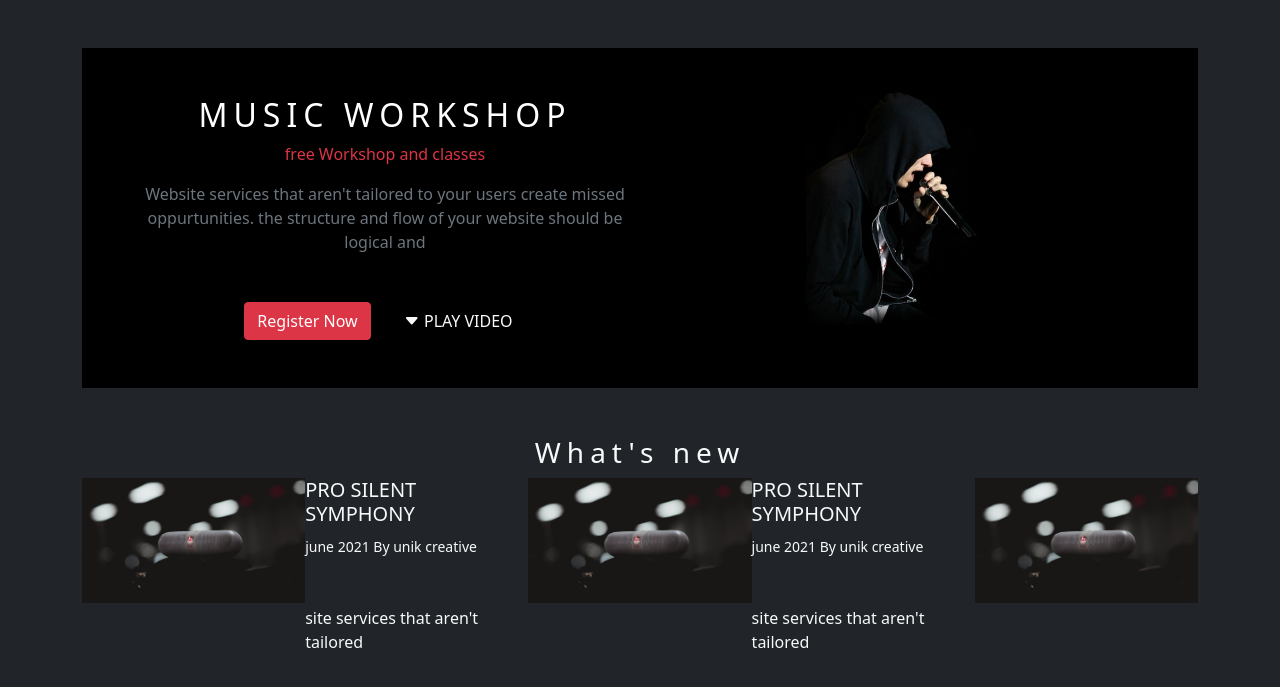
Repository: Eugene44-hub/music-workshop-site
Page: index.html
These files come from the project's save history. The page is drawn as it stood at one moment and after the next save; the edit follows.
The browser window is 1280 px wide. The pictures show the whole page.
Some web libraries are served in a nearby version.

Above is the page before, as saved 2021-10-22 17:06:57.

### index.html
<!DOCTYPE html>
<html lang="en">

<head>
    <meta charset="UTF-8">
    <meta http-equiv="X-UA-Compatible" content="IE=edge">
    <meta name="viewport" content="width=device-width, initial-scale=1.0">
    <title>Document</title>
    <link rel="stylesheet" href="style.css">
    <!-- CSS only -->
    <link href="https://cdn.jsdelivr.net/npm/bootstrap@5.1.3/dist/css/bootstrap.min.css" rel="stylesheet" integrity="sha384-1BmE4kWBq78iYhFldvKuhfTAU6auU8tT94WrHftjDbrCEXSU1oBoqyl2QvZ6jIW3" crossorigin="anonymous">
    <link rel="stylesheet" href="https://cdn.jsdelivr.net/npm/bootstrap-icons@1.6.1/font/bootstrap-icons.css">
</head>

<body class="bg-dark p-md-5 p-3">
    <!-- registeration starts  -->
    <section id="registration">
        <div class="container">
            <div class="d-lg-flex text-white bg-black align-items-center" id="regImg">
                <div id="regText" class="col-md text-center p-5">
                    <h2 id="musicheader" class="text-uppercase fs-2">
                        music workshop </h2>
                    <p class="text-danger"> free Workshop and classes</p>
                    <p class="text-secondary">Website services that aren't tailored to your users create missed oppurtunities. the structure and flow of your website should be logical and</p>
                    <div class="mt-5">
                        <button class="btn btn-danger mx-2">Register Now</button>
                        <button class="btn text-light mx-2"><i class="bi bi-caret-down-fill"></i> PLAY VIDEO</button>
                    </div>
                </div>
                <div class="col-md"> <img src="images/eminem.jpg" alt="" class="img-fluid"></div>

            </div>
        </div>
    </section>
    <!-- registeration ends  -->

    <!-- whats new starts -->
    <section class="text-light">
        <div class="container">
            <h2 id="new" class='text-center text-light fs-3 mt-5'>What's new</h2>
            <div class="d-lg-flex justify-content-around align-items-stretch">
                <div class="col-md">
                    <img src="images/speaker.jpg" class="img-fluid" alt="">
                </div>
                <div class="col-md">
                    <h4 class="lead">
                        PRO SILENT <br> SYMPHONY
                    </h4>
                    <small>june 2021 By unik creative</small>
                    <p class="mt-5">site services that aren't tailored</p>
                </div>
                <div class="col-md">
                    <img src="images/speaker.jpg" class="img-fluid" alt="">
                </div>
                <div class="col-md">
                    <h4 class="lead">
                        PRO SILENT <br> SYMPHONY
                    </h4>
                    <small>june 2021 By unik creative</small>
                    <p class="mt-5">site services that aren't tailored</p>
                </div>
                <div class="col-md">
                    <img src="images/speaker.jpg" class="img-fluid" alt="">
                </div>
            </div>
        </div>

    </section>
    <!-- whats new ends -->
</body>
<!-- JavaScript Bundle with Popper -->
<script src="https://cdn.jsdelivr.net/npm/bootstrap@5.1.3/dist/js/bootstrap.bundle.min.js" integrity="sha384-ka7Sk0Gln4gmtz2MlQnikT1wXgYsOg+OMhuP+IlRH9sENBO0LRn5q+8nbTov4+1p" crossorigin="anonymous"></script>

</html>

### style.css
#musicheader,
#new {
    letter-spacing: 6px
}


/* #regImg {
    background-image: url('images/eminem.jpg');
    background-repeat: no-repeat;
    background-position-x: left;
    background-position-y: top;
    background-size: auto;
    background-size: cover;
} */

After the next save:
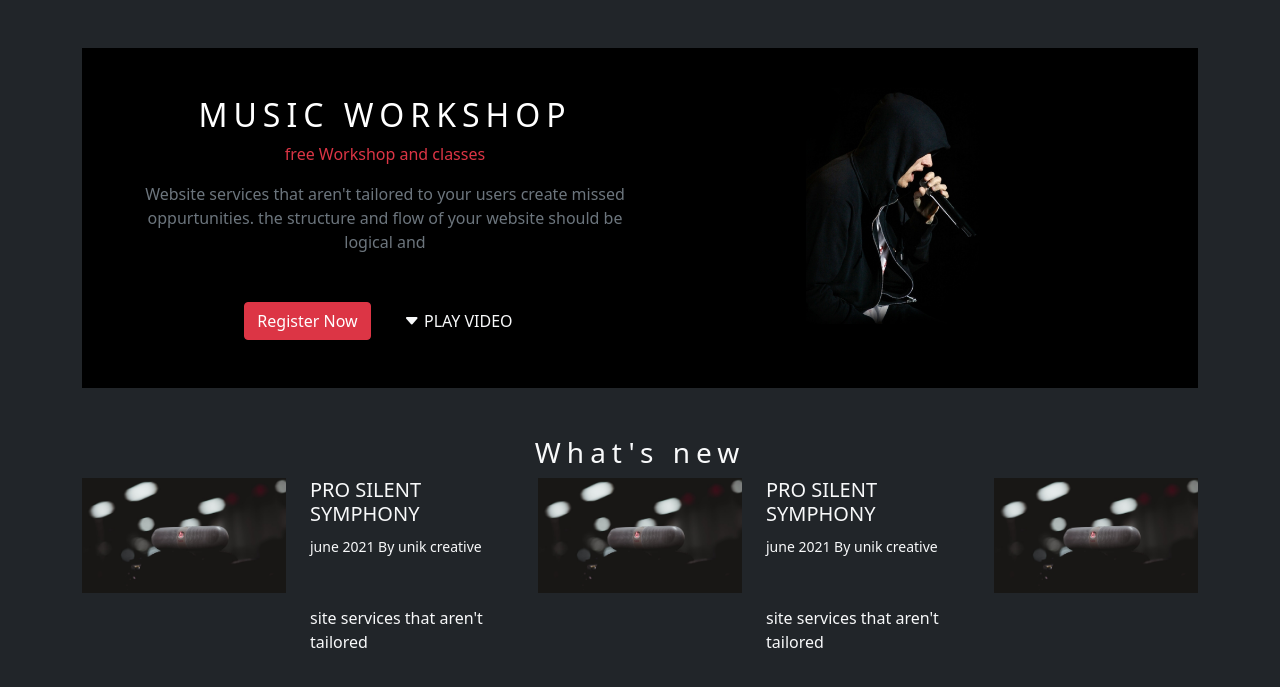
Saved 34 s later.
--- a/index.html
+++ b/index.html
@@ -38,7 +38,7 @@
     <section class="text-light">
         <div class="container">
             <h2 id="new" class='text-center text-light fs-3 mt-5'>What's new</h2>
-            <div class="d-lg-flex justify-content-around align-items-stretch">
+            <div class="row justify-content-around align-items-stretch">
                 <div class="col-md">
                     <img src="images/speaker.jpg" class="img-fluid" alt="">
                 </div>

After the 4 saves that followed:
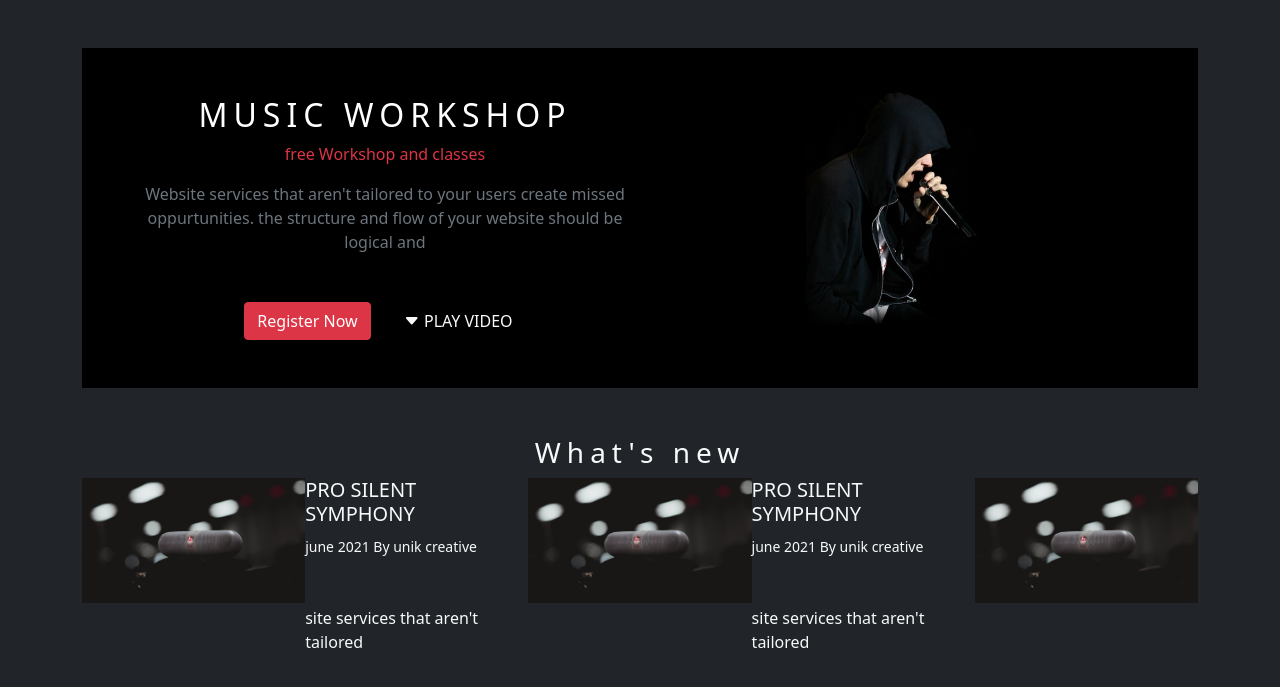
The 4 saves are shown as one change because 2 left the picture as it was and some came seconds apart.
The last was saved 29 s later.
--- a/index.html
+++ b/index.html
@@ -38,7 +38,7 @@
     <section class="text-light">
         <div class="container">
             <h2 id="new" class='text-center text-light fs-3 mt-5'>What's new</h2>
-            <div class="row justify-content-around align-items-stretch">
+            <div class="d-lg-flex jsua align-items-stretch">
                 <div class="col-md">
                     <img src="images/speaker.jpg" class="img-fluid" alt="">
                 </div>
